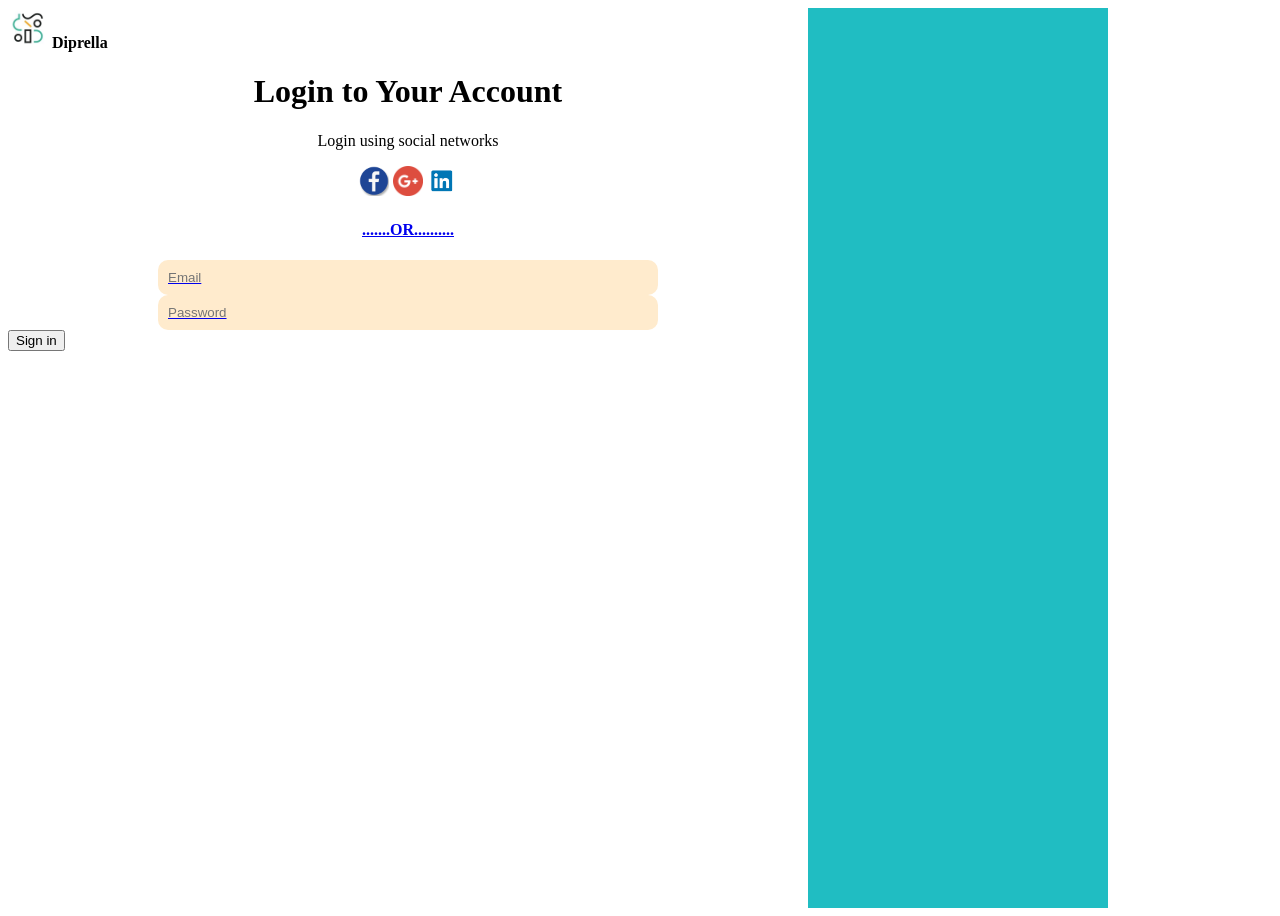
Repository: Tobby004/bdc-assignment-3
Page: task.html
The author's editor kept a copy of each file at every save. The page is drawn from the files as they stood at one save, then again after the next save.
The browser window is 1280 px wide. The pictures show the whole page.

Above is the page before, as saved 2023-02-22 00:03:13.

### task.html
<!DOCTYPE html>
<html lang="en">
<head>
    <meta charset="UTF-8">
    <meta http-equiv="X-UA-Compatible" content="IE=edge">
    <meta name="viewport" content="width=device-width, initial-scale=1.0">
    <title>Document</title>
    <link rel="stylesheet" href="task.css">
</head>
<body>
    <div class="container">
        <div class="box1">
        <header id="logo"><img src="diprella.JPG"height="40px">
        <b>Diprella</b></header>
        <h1>Login to Your Account</h1>
        <p>Login using social networks</p>
        <div class="logo">
        <a href="#"><img src="facebook.png"</a>
        <a href="#"><img src="googe plus.png"</a>
        <a href="#"><img src="linkedin.png"</a>
        </div>
        <h4>.......OR..........</h4>
        <div class="form">
         <input type="text" placeholder="Email">
        <input type="Password" placeholder="Password">
        <button>Sign in</button>
        </div>
        </div>
        <div class="box2"></div>
    </div>
</body>
</html>

### task.css
* {
    box-sizing: border-box;
}
.container{
    display: flex;
}
.box1 {
    background-color: white;
    height: 900px;
    width: 800px;
}
.box2{
    background-color: #20bdc2;
    height: 900px;
    width: 300px;
}
h1 {
    text-align: center;
}
p {
    text-align: center;
}
.logo img {
    height: 30px;
    text-align: center;
}
.logo a {
    text-decoration: none;
}
div .logo {
    text-decoration: none;
    text-align: center;
}
h4 {
    text-align: center;
}
.box1 input {
max-width: 500px;
width: 100%;
margin-left: auto;
margin-right: auto;

}
input  {
    display: block;
    background-color: blanchedalmond;
   border: none;
   border-radius: 10px;
   border-bottom: 10px;
   padding: 10px;
   width: 100%;
   margin-left: auto;
   margin-right: auto;


}

After the next save:
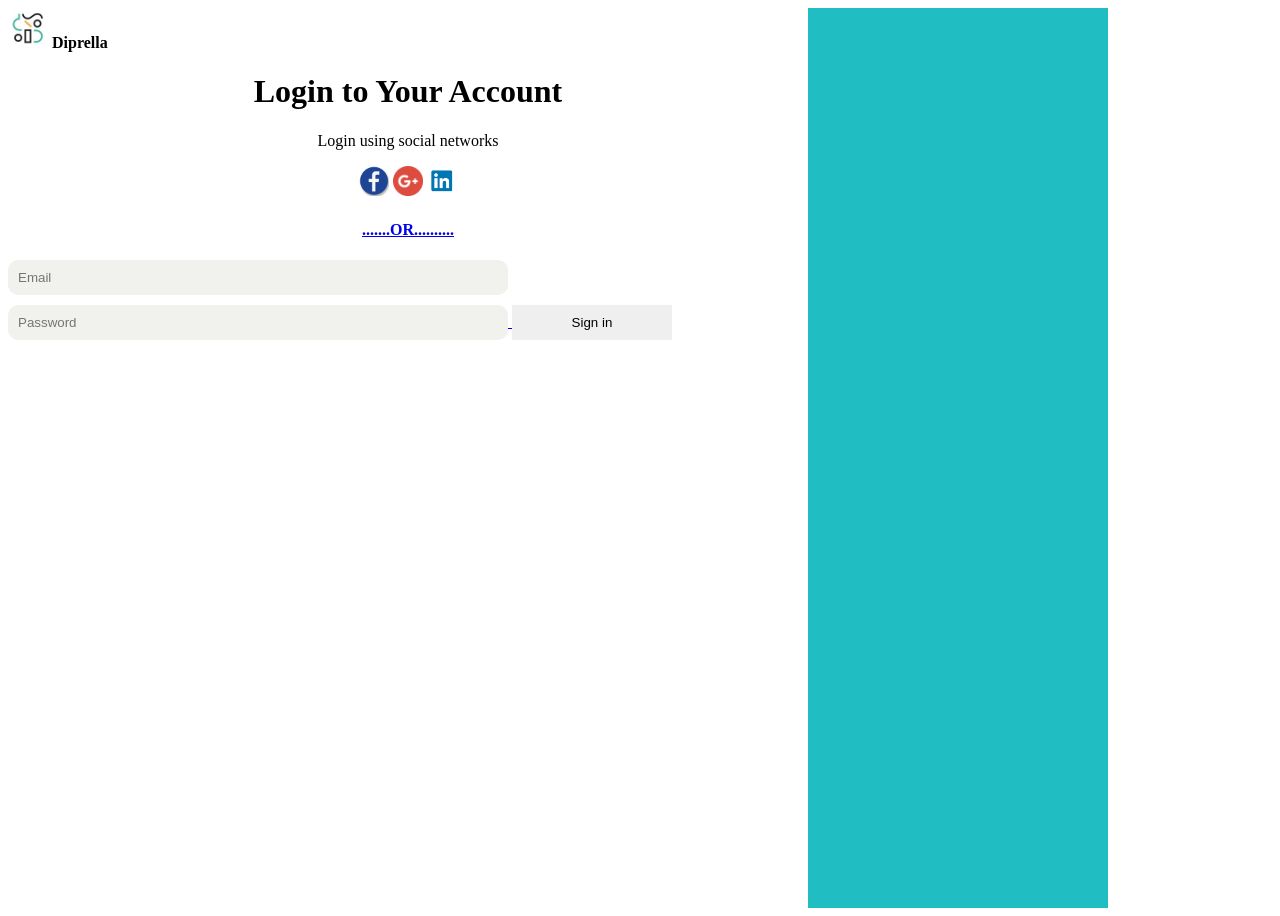
Saved 10 min 8 s later.
--- a/task.css
+++ b/task.css
@@ -42,15 +42,21 @@ margin-right: auto;
 
 }
 input  {
-    display: block;
-    background-color: blanchedalmond;
+    background-color: rgb(241, 241, 238);
    border: none;
+   margin-block-end: 10px;
    border-radius: 10px;
    border-bottom: 10px;
    padding: 10px;
    width: 100%;
    margin-left: auto;
    margin-right: auto;
-
-
 }
+ button {
+    width: 20%;
+    margin-left: auto;
+    text-align: center;
+    margin-right: auto;
+    border: none;
+    padding: 10px;
+}
